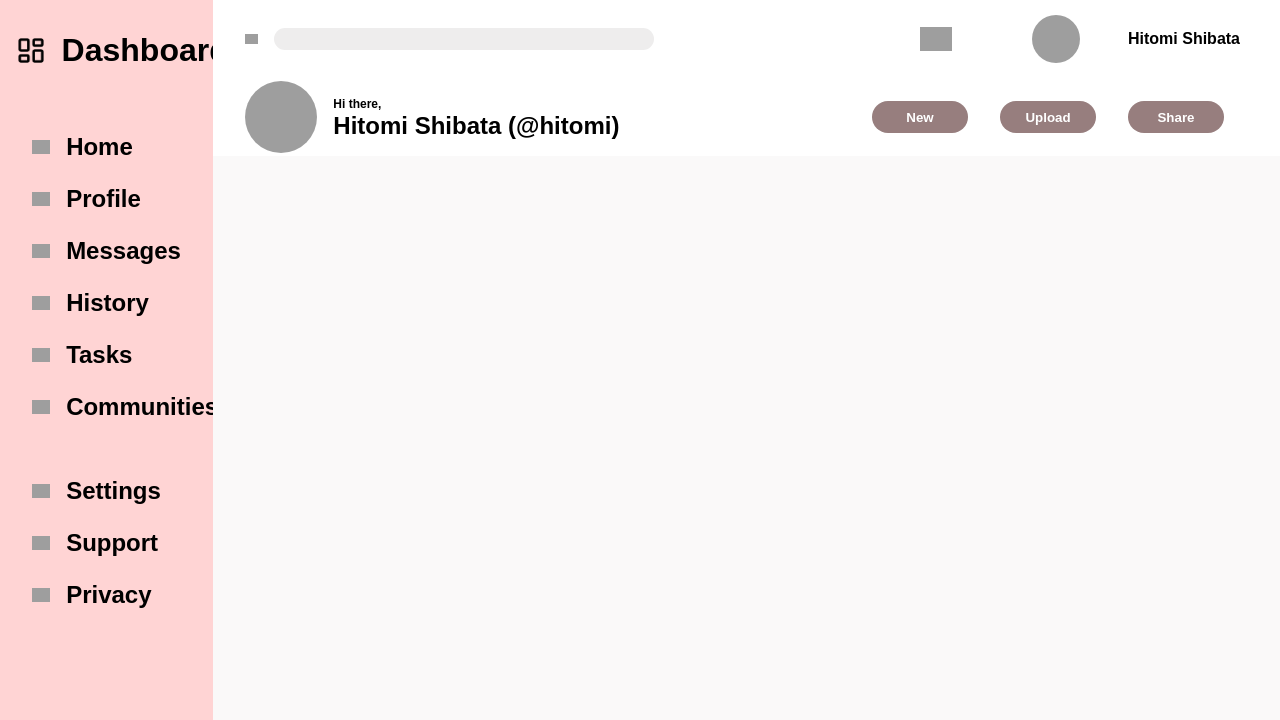
Repository: yeetzpxoci/dashboard
Page: index.html
These files come from the project's save history. The page is drawn as it stood at one moment and after the next save; the edit follows.
The browser window is 1280 px wide. The pictures show the whole page.
Pictures or frames that could not be fetched are drawn as grey boxes.

Above is the page before, as saved 2023-02-18 13:46:29.

### index.html
<!DOCTYPE html>
<html lang="en">
<head>
    <meta charset="UTF-8">
    <meta http-equiv="X-UA-Compatible" content="IE=edge">
    <meta name="viewport" content="width=device-width, initial-scale=1.0">
    <link rel="stylesheet" type="text/css" href="styles.css" />
    <title>Dashboard</title>
</head>
<body>
    <div class="sidebar">
        <div class="logo">
            <img src="dashboard-layout.png">
            <p>Dashboard</p>
        </div>

        <div class="icon-container1">
            <div class="icon">
                <img src="https://cdn-icons-png.flaticon.com/512/25/25694.png">
                <p>Home</p>
            </div>

            <div class="icon">
                <img src="https://cdn-icons-png.flaticon.com/512/6522/6522516.png">
                <p>Profile</p>
            </div>

            <div class="icon">
                <img src="https://cdn-icons-png.flaticon.com/512/739/739286.png">
                <p>Messages</p>
            </div>

            <div class="icon">
                <img src="https://cdn-icons-png.flaticon.com/512/32/32223.png">
                <p>History</p>
            </div>

            <div class="icon">
                <img src="https://www.svgrepo.com/show/79174/task-list.svg">
                <p>Tasks</p>
            </div>

            <div class="icon">
                <img src="https://icons.veryicon.com/png/o/business/classic-icon/community-12.png">
                <p>Communities</p>
            </div>
        </div>

        <div class="icon-container2">
            <div class="icon">
                <img src="https://cdn-icons-png.flaticon.com/512/126/126472.png">
                <p>Settings</p>
            </div>

            <div class="icon">
                <img src="https://upload.wikimedia.org/wikipedia/commons/thumb/1/17/FAQ_icon_%28Noun_like%29.svg/1255px-FAQ_icon_%28Noun_like%29.svg.png">
                <p>Support</p>
            </div>

            <div class="icon">
                <img src="https://cdn-icons-png.flaticon.com/512/4104/4104794.png">
                <p>Privacy</p>
            </div>
        </div>
    </div>

    <div class="header">
        <div class="search">
            <img src="https://cdn-icons-png.flaticon.com/512/3917/3917754.png">
            <input class="search-bar">
        </div>

        <img class="notification_icon" src="https://cdn-icons-png.flaticon.com/512/565/565422.png">

        <div class="profile-pic">
        </div>

        <p>Hitomi Shibata</p>

        <div class="user-info">
            <div class="profile-pic">
            </div>
            <p id="losinfo">
                <span style="font-size:12px;">Hi there,</span>
                <br>
                <span style="font-size:24px;">Hitomi Shibata (@hitomi)</span>
            </p>
        </div>
        <button>New</button>
        <button>Upload</button>
        <button>Share</button>
    </div>

    <div class="main-content">

    </div>
</body>
</html>

### styles.css
html,
body {
    margin: 0;
    padding: 0;
    height: 100%;
}

body {
    min-height: 100vh;
    display: grid;
    grid-template-columns: 1fr 5fr;
    grid-template-rows: 1fr 4fr;
    font-family: Arial, Helvetica, sans-serif;
}

.sidebar {
    background-color: #FFD4D4;
    grid-column: 1 / 2;
    grid-row: 1 / 3;
    display: grid;
    grid-template-rows: 0.75fr 2fr 1fr 2fr;
    padding-left: 16px;
    gap: 32px;
}

.icon-container1 {
    display: flex;
    flex-direction: column;
}

.icon-container2 {
    display: flex;
    flex-direction: column;
}

.logo, .icon {
    display: flex;
    align-items: center;
    font-weight: bold;
    gap: 16px;
}

.logo {
    font-size: 32px;
    align-self: baseline;
}

.icon {
    margin-top: -24px;
    font-size: 24px;
    margin-left: 16px;
}

.logo img {
    width: 15%;
}

.icon img {
    width: 10%;
}


.header {
    background-color: white;
    grid-column: 2 / 3;
    grid-row: 1 / 2;
    display: grid;
    grid-template-columns: 13fr 1fr 1fr 2fr;
    grid-template-rows: 1fr 1fr;
    padding-right: 24px;
}

.search {
    display: flex;
    justify-content: flex-start;
    align-items: center;
    gap: 16px;
    margin-left: 32px;
}

.search img{
    width: 2%;
}

.search input {
    width: 60%;
    border-radius: 12px;
    border-width: 0px;
    background-color: #eeeded;
    height: 25%;
}

.notification_icon {
    width: 25%;
    align-self: center;
    justify-self: center;
}

.profile-pic {
    border-radius: 50%;
    background-image: url("https://i.pinimg.com/originals/49/c0/e8/49c0e871fbe0be71396aa94fe1d93ddc.jpg");
    background-position: center;
    background-size: cover;
    background-repeat: no-repeat;
    overflow: hidden;
    align-self: center;
    justify-self: end;
}

.header > .profile-pic {
    width: 48px;
    height: 48px;
    margin-right: 48px;
}

.user-info {
    display: flex;
    gap: 16px;
}

.user-info > .profile-pic {
    width: 72px;
    height: 72px;
    margin-left: 32px;
}

.header p {
    align-self: center;
    font-weight: bolder;
    justify-self: baseline;
}

button {
    height: 40%;
    width: 96px;
    align-self: center;
    justify-self: baseline;
    background-color: #977e7e;
    border-radius: 24px;
    border-width: 0px;
    color: white;
    margin-right: 32px;
    font-weight: bold;
}

.main-content {
    background-color: #FAF9F9;
    grid-column: 2 / 3;
    grid-row: 2 / 3;
}

After the next save:
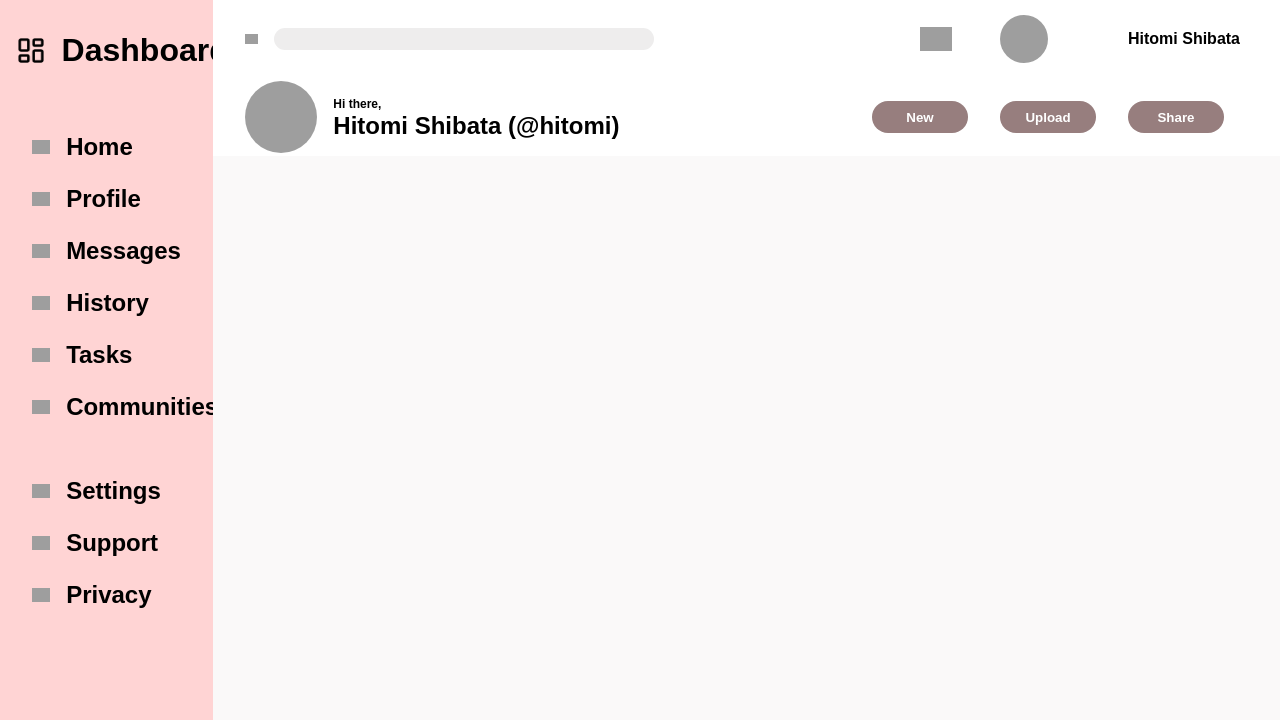
Saved 15 s later.
--- a/styles.css
+++ b/styles.css
@@ -104,7 +104,7 @@
     background-repeat: no-repeat;
     overflow: hidden;
     align-self: center;
-    justify-self: end;
+    justify-self: left;
 }
 
 .header > .profile-pic {

After the save that followed:
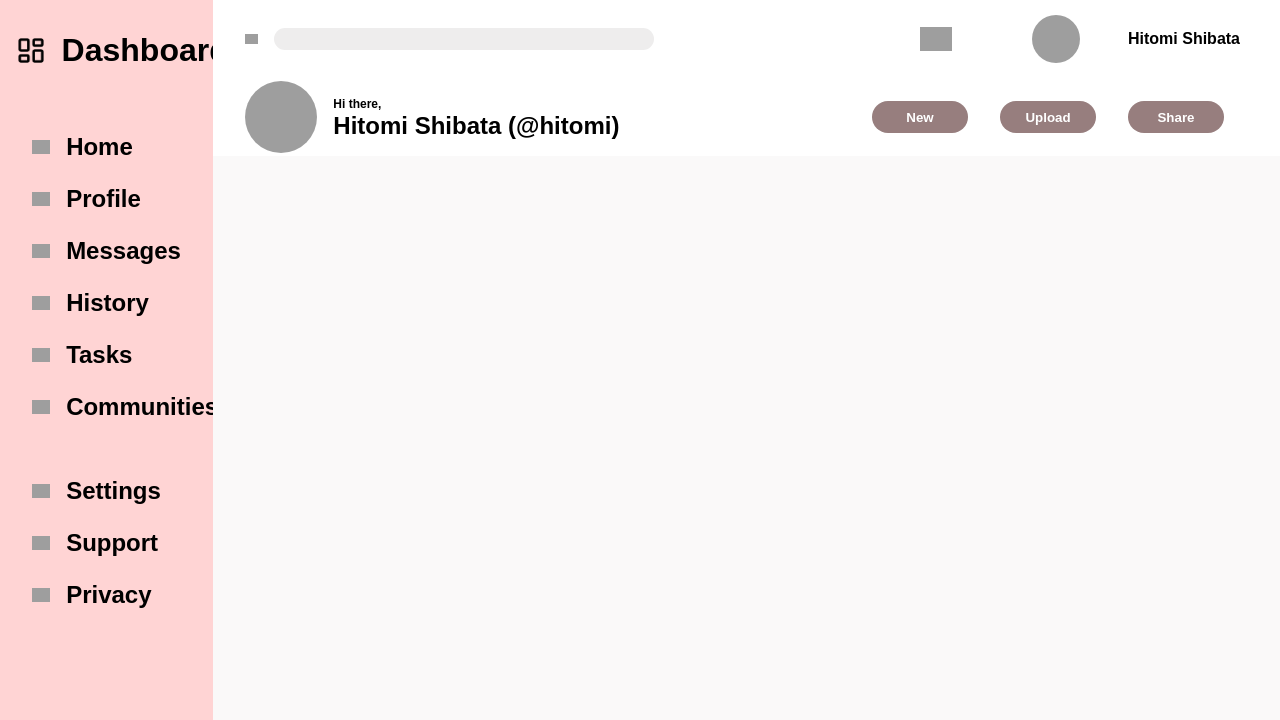
Saved 6 s later.
--- a/styles.css
+++ b/styles.css
@@ -104,7 +104,7 @@
     background-repeat: no-repeat;
     overflow: hidden;
     align-self: center;
-    justify-self: left;
+    justify-self: right;
 }
 
 .header > .profile-pic {
